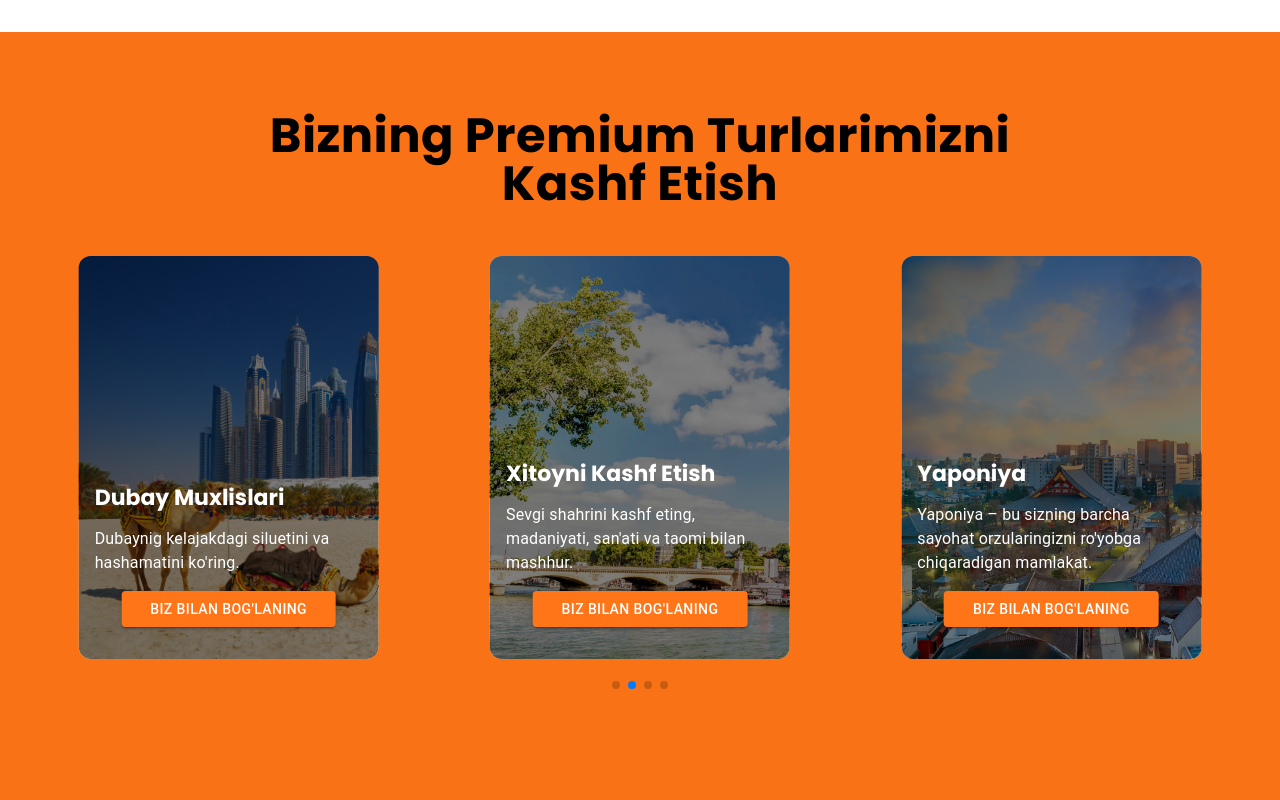
Repository: OgabekErkinov/i-am-tourist
Page: /
An editor plug-in stored every save of this project. The page is shown before and after the next save, followed by the edit.
The browser window is 1280 px wide. The pictures show the whole page.
The project was rebuilt for these pictures with package versions that can differ from the ones it lists, and the page was loaded fresh each time. Also part of the build but not shown: vite.config.js, src/components/navbar/LightDarkButton.jsx, src/I18/i18.js, src/components/navbar/languages/LanguageButton.jsx, src/components/navbar/NavbarItem.jsx, src/components/navbar/SocialNetworks.jsx, src/components/navbar/Logo.jsx, src/components/navbar/SectionsLinks.jsx and 7 more.

Above is the page before, as saved 2024-12-24 15:51:50.

### index.html
<!doctype html>
<html lang="en">
  <head>
    <meta charset="UTF-8" />
    <link rel="icon" type="image/svg+xml" href="https://www.ifly.com.uz/assets/logo-BPA5zOgc.png" />
    <meta name="viewport" content="width=device-width, initial-scale=1.0" />
    <link rel="preconnect" href="https://fonts.googleapis.com">
    <link rel="preconnect" href="https://fonts.gstatic.com" crossorigin>
    <link href="https://fonts.googleapis.com/css2?family=Poppins:ital,wght@0,100;0,200;0,300;0,400;0,500;0,600;0,700;0,800;0,900;1,100;1,200;1,300;1,400;1,500;1,600;1,700;1,800;1,900&display=swap" rel="stylesheet">
    <title>iFLY.com</title>
  </head>
  <body>
    <div id="root"></div>
    <script type="module" src="/src/main.jsx"></script>
  </body>
</html>

### src/index.css
/* Universal Reset */
* {
  margin: 0;
  padding: 0;
  box-sizing: border-box;
}


/* Root Container */
#root {
  max-width: 1900px;
  margin: 0 auto;
  display: flex;
  flex-direction: column;
  align-items: center;
  justify-content: center;
  font-family: 'Poppins';
  box-sizing: border-box;
}

### src/App.jsx
import { Stack } from "@mui/material"
import Header from "./components/header/Header"
import Main from "./components/main/Main"

function App() {


  return (
    <Stack width='100%'
           height='auto'
           alignItems='center'
           gap='1rem'>
        <Header/>
        <Main/>
    </Stack>



  )
}

export default App

### src/components/header/Header.jsx
import { Box, Stack } from '@mui/material';
import Navbar from '../navbar/Navbar';
import Slider from './Slider';
import React from 'react';
import Cards from '../cards/Cards';

const Header = () => {
  return (
    <Stack height="auto"
           width='100%'
           gap="2rem"
           marginBottom='1rem'
           boxSizing="border-box">
             <Stack width="100%"
                    height="auto"
                    alignItems='center'>
                         {/* <Box width="100%"
                              height="10vh"
                              bgcolor="transparent">
                        </Box> */}
                        {/* <Navbar /> */}
                        {/* <Slider /> */}
               </Stack>
               {/* <Cards /> */}
    </Stack>
  );
}

export default Header;

### src/components/main/Main.jsx
import { Stack } from '@mui/material'
import React from 'react'
import PremiumTours from '../premium/PremiumTours'
import TourPlaces from '../tourPlaces/TourPlaces'
import About from '../about/About'

const Main = () => {
  return (
    <Stack width={'100%'}
           height={'auto'}
           alignItems={'center'}
           gap='1rem'>
        <PremiumTours/>
        {/* <TourPlaces/> */}
        {/* <About/> */}

    </Stack>
  )
}

export default Main

### src/components/premium/PremiumTours.jsx
import React from 'react';
import { Stack, Typography, Box } from '@mui/material';
import 'swiper/css';
import 'swiper/css/effect-fade';
import 'swiper/css/pagination';
import 'swiper/css/autoplay';
import { Swiper, SwiperSlide } from 'swiper/react';
import { Navigation, Pagination, Scrollbar, Autoplay } from 'swiper/modules';
import { premiumToursServices } from '../../Database/db';
import PremiumItem from './PremiumItem';

const PremiumTours = () => {

  return (
    <Stack height={'auto'}
           width={'100%'}
           padding={'5rem 2rem'}
           bgcolor={'#F97316'}
           boxSizing={'border-box'} >
          <Stack height={'100%'}
                 width={'100%'}
                 justifyContent={'space-between'}
                 alignItems={'center'}
                 gap={'2rem'}>
              {/* Title */}
                <Typography fontFamily={'Poppins'}
                            width={'70%'}
                            fontSize={'48px'}
                            lineHeight={'48px'}
                            fontWeight={'bold'}
                            textAlign={'center'}
                            height={'auto'}
                            sx={{
                              '@media (max-width: 900px)': {
                               fontSize: '36px',
                               lineHeight: '40px',
                                },
                              '@media (max-width: 600px)': {
                                fontSize: '24px',
                                lineHeight: '28px',
                                },
                               }}>
                               Bizning Premium Turlarimizni Kashf Etish
                 </Typography>
            {/* Slider */}
                 <Box display={'flex'}
                      alignItems={'center'}
                      justifyContent={'center'}
                      height={'30rem'}
                      width={'100%'}
                      padding={'1rem'}>
                      <Swiper
                          modules={[Navigation, Pagination, Scrollbar, Autoplay]}
                          autoplay={{ delay: 2500, disableOnInteraction: false }}
                          navigation
                          pagination={{ clickable: false }}
                          scrollbar={{ draggable: true }}
                          loop={true}
                          style={{
                               width: '100%',
                               height: '100%',
                               display : 'flex',
                               justifyContent : 'center' }}
                          breakpoints={{
                               524: {
                                  slidesPerView: 1,
                                  spaceBetween: 10 },
                               765: {
                                  slidesPerView: 2,
                                  spaceBetween: 20 },
                              1200: {
                                  slidesPerView: 3,
                                  spaceBetween: 50 } }}>
                          {
                           premiumToursServices?.map((tour, idx) => {
                                  return (
                                         <SwiperSlide key={idx}>
                                                 <PremiumItem tour={tour} />
                                           </SwiperSlide>
                                          );  })
                           }
                       </Swiper>
                  </Box>
            </Stack>
    </Stack>
  );
};

export default PremiumTours;

### src/Database/db.js
export const social_medias = [
    {
        id : 1,
        name : 'facebook',
        link : 'https://www.facebook.com',
        pathD : 'M279.14 288l14.22-92.66h-88.91v-60.13c0-25.35 12.42-50.06 52.24-50.06h40.42V6.26S260.43 0 225.36 0c-73.22 0-121.08 44.38-121.08 124.72v70.62H22.89V288h81.39v224h100.17V288z'
    },
    {
        id : 2,
        name : 'twitter',
        url : 'https://www.twitter.com',
        pathD : 'M419.37 151.716c.325 4.548.325 9.097.325 13.645 0 138.72-105.583 298.558-298.558 298.558-59.452 0-114.68-17.219-161.137-47.106 8.447.974 16.568 1.299 25.34 1.299 49.055 0 94.213-16.568 130.274-44.832-46.132-.975-84.792-31.188-98.112-72.772 6.498.974 12.995 1.624 19.818 1.624 9.421 0 18.843-1.3 27.614-3.573-48.081-9.747-84.143-51.98-84.143-102.985v-1.299c13.969 7.797 30.214 12.67 47.431 13.319-28.264-18.843-46.781-51.005-46.781-87.391 0-19.492 5.197-37.36 14.294-52.954 51.655 63.675 129.3 105.258 216.365 109.807-1.624-7.797-2.599-15.918-2.599-24.04 0-57.828 46.782-104.934 104.934-104.934 30.213 0 57.502 12.67 76.67 33.137 23.715-4.548 46.456-13.32 66.599-25.34-7.798 24.366-24.366 44.833-46.132 57.827 21.117-2.273 41.584-8.122 60.426-16.243-14.292 20.791-32.161 39.308-52.628 54.253z'
    },
    {
        id : 3,
        name : 'instagram',
        url : 'https://www.instagram.com/ifly.com.uz',
        pathD : 'M224.1 141c-63.6 0-114.9 51.3-114.9 114.9s51.3 114.9 114.9 114.9S339 319.5 339 255.9 287.7 141 224.1 141zm0 189.6c-41.1 0-74.7-33.5-74.7-74.7s33.5-74.7 74.7-74.7 74.7 33.5 74.7 74.7-33.6 74.7-74.7 74.7zm146.4-194.3c0 14.9-12 26.8-26.8 26.8-14.9 0-26.8-12-26.8-26.8s12-26.8 26.8-26.8 26.8 12 26.8 26.8zm76.1 27.2c-1.7-35.9-9.9-67.7-36.2-93.9-26.2-26.2-58-34.4-93.9-36.2-37-2.1-147.9-2.1-184.9 0-35.8 1.7-67.6 9.9-93.9 36.1s-34.4 58-36.2 93.9c-2.1 37-2.1 147.9 0 184.9 1.7 35.9 9.9 67.7 36.2 93.9s58 34.4 93.9 36.2c37 2.1 147.9 2.1 184.9 0 35.9-1.7 67.7-9.9 93.9-36.2 26.2-26.2 34.4-58 36.2-93.9 2.1-37 2.1-147.8 0-184.8zM398.8 388c-7.8 19.6-22.9 34.7-42.6 42.6-29.5 11.7-99.5 9-132.1 9s-102.7 2.6-132.1-9c-19.6-7.8-34.7-22.9-42.6-42.6-11.7-29.5-9-99.5-9-132.1s-2.6-102.7 9-132.1c7.8-19.6 22.9-34.7 42.6-42.6 29.5-11.7 99.5-9 132.1-9s102.7-2.6 132.1 9c19.6 7.8 34.7 22.9 42.6 42.6 11.7 29.5 9 99.5 9 132.1s2.7 102.7-9 132.1z'
    },
    {
        id : 4,
        name : 'linkedIn',
        url : 'https://www.linkedin.com',
        pathD : 'M100.28 448H7.4V148.9h92.88zM53.79 108.1C24.09 108.1 0 83.5 0 53.8a53.79 53.79 0 0 1 107.58 0c0 29.7-24.1 54.3-53.79 54.3zM447.9 448h-92.68V302.4c0-34.7-.7-79.2-48.29-79.2-48.29 0-55.69 37.7-55.69 76.7V448h-92.78V148.9h89.08v40.8h1.3c12.4-23.5 42.69-48.3 87.88-48.3 94 0 111.28 61.9 111.28 142.3V448z'
    },
    {
        id : 5,
        name : 'youtube',
        url : 'https://www.youtube.com',
        pathD : 'M549.655 124.083c-6.281-23.65-24.787-42.276-48.284-48.597C458.781 64 288 64 288 64S117.22 64 74.629 75.486c-23.497 6.322-42.003 24.947-48.284 48.597-11.412 42.867-11.412 132.305-11.412 132.305s0 89.438 11.412 132.305c6.281 23.65 24.787 41.5 48.284 47.821C117.22 448 288 448 288 448s170.78 0 213.371-11.486c23.497-6.321 42.003-24.171 48.284-47.821 11.412-42.867 11.412-132.305 11.412-132.305s0-89.438-11.412-132.305zm-317.51 213.508V175.185l142.739 81.205-142.739 81.201z'
    }
]

export const navLinks = [
    {
        id : 6,
        name : 'Excursions',
        link : '#excursions'
    },
    {
        id : 7,
        name : 'City',
        link : '#city'
    },
    {
        id : 8,
        name : 'About',
        link : '#about'
    },
    {
        id : 9,
        name : 'Contact',
        link : '#contact'
    }
]

export const SliderItems = [
    {
        url : '/malakali.jpg',
        heading : 'Malakali shahar',
        paragraph : "Dunyoning ko'ngilochar poytaxtiga sho'ng'ing."
    },
    {
        url : '/turkiya.jpg',
        heading : 'Sehrli Turkiya',
        paragraph : "Turkiyaning boy tarixi va ajoyib manzaralarini o'rganing."
    },
    {
        url : '/orol.jpg',
        heading : 'Orol chekinishi',
        paragraph : 'Ajoyib orol landshaftlari orasida tinchlikni his eting.'
    },
    {
        url : '/yaponiya.jpg',
        heading : 'Yaponiya',
        paragraph : "Zamonaviy hayot va qadimiy an'analar mamlakati"
    },
    {
        url : '/dubai.jpg',
        heading : "Dubayni kashf eting",
        paragraph : "Birlashgan Arab Amirliklarida hashamat, innovatsiyalar va sarguzashtlarni kashf eting."

    },
    {
        url : '/xitoyni.jpg',
        heading : 'Xitoyni kashf qiling',
        paragraph : "Xitoy: qadimgi tarix, Buyuk devor, innovatsiyalar, jonli madaniyat."
    },
    {
        url : '/tailand.jpg',
        heading : 'Tropik Tailand',
        paragraph : "Chiroyli plyajlarda dam oling va mazali taomlarni tatib ko'ring."
    }
]

export const addBanners = [
    {
        heading : 'Ajoyib plyaj',
        paragraph : 'Zamonaviy plyajlarni kashf eting va quyosh ostida dam oling.'
    },
    {
        heading : "Tog' sarguzashtlari",
        paragraph : "Qiziqarli tog' sayohatiga chiqing va tabiatni o'rganing."
    },
    {
        heading : 'Shahar sayohatlari',
        paragraph : "Qiziqarli tog' sayohatiga chiqing va tabiatni o'rganing."
    }
]

export const languages = [
    {
        lang : "o'zbek",
        flag : '/uzbekistan.png',
        translator : 'uz'
    },
    {
        lang : 'english',
        flag : '/united-states.png',
        translator : 'en'
    },
    {
        lang : 'русский',
        flag : '/russia.png',
        translator : 'ru'
    }
]

export const premiumToursServices = [
    {
        title : 'Tokio Sarguzashtlari',
        paragraph : "Yaponiya yuragida an'ana va texnologiyaning uyg'unligini his eting.",
        image : '/tokioprem.jpg'
    },
    {
        title : 'Dubay Muxlislari',
        paragraph : "Dubaynig kelajakdagi siluetini va hashamatini ko'ring.",
        image : '/dubaipremium.jpg'
    },
    {
        title : 'Xitoyni Kashf Etish',
        paragraph : "Sevgi shahrini kashf eting, madaniyati, san'ati va taomi bilan mashhur.",
        image : '/xitoyprem.jpg'
    },
    {
        title : 'Yaponiya',
        paragraph : "Yaponiya – bu sizning barcha sayohat orzularingizni ro'yobga chiqaradigan mamlakat.",
        image : '/xitoypremium.jpg'
    }
]

export const tourPlaces = [
    {
        image : '/yaponiya.jpg',
        title : 'Tokio, Yaponiya',
        paragraph : "Tokio Yaponiya poytaxti bo'lib, an'anaviy binolarni zamonaviy osmono'parlar bilan birlashtirish."
    },
    {
        image : '/orol.jpg',
        title : 'Orol joyi',
        paragraph : "Shahar shovqinidan uzoqda, tabiatning ajoyib go'zalligida dam oling."
    },
    {
        image : '/dubai.jpg',
        title : 'Dubay, BAA',
        paragraph : "Dubayning hargi skylinesi va hashamatini guvohi boling."
    },
    {
        image : '/vetnam.jpg',
        title : 'Vetnam sarguzashti',
        paragraph : "Vetnamning go'zalligiga kirib boring, rang- barang guruch teraslari va noyob madaniyat bilan tanishing!"
    },
    {
        image : '/maldiv.jpg',
        title : 'Maldivlar',
        paragraph : "Oq qumli plyajlar va toza suvlar bilan tropik jannatda dam oling. Hashamatli kurortlar va ajoyib suv osti dunyosidan zavq oling!"
    },
    {
        image : '/tailand.jpg',
        title : 'Tropik Tailand',
        paragraph : "Tailand chiroyli orollari, ko'chada oziq-ovqat va boy madaniyat merosi bilan mashhur."
    },
    {
        image : '/turkiya.jpg',
        title : "Mo'jizaviy Turkiya",
        paragraph : "Turkiyaning boy tarixini va go'zal manzaralarini kashf eting."
    }
]

export const services = [
    {
        pathD : 'M480 192H365.71L260.61 8.06A16.014 16.014 0 0 0 246.71 0h-65.5c-10.63 0-18.3 10.17-15.38 20.39L214.86 192H112l-43.2-57.6c-3.02-4.03-7.77-6.4-12.8-6.4H16.01C5.6 128-2.04 137.78.49 147.88L32 256 .49 364.12C-2.04 374.22 5.6 384 16.01 384H56c5.04 0 9.78-2.37 12.8-6.4L112 320h102.86l-49.03 171.6c-2.92 10.22 4.75 20.4 15.38 20.4h65.5c5.74 0 11.04-3.08 13.89-8.06L365.71 320H480c35.35 0 96-28.65 96-64s-60.65-64-96-64z',
        title : 'Xalqaro Sayohat',
        paragraph : "Dunyodagi eng go'zal joylarga sayohatlarni tashkil etamiz.",
        color : 'blue'
    },
    {
        icon : 'M560 64c8.84 0 16-7.16 16-16V16c0-8.84-7.16-16-16-16H16C7.16 0 0 7.16 0 16v32c0 8.84 7.16 16 16 16h15.98v384H16c-8.84 0-16 7.16-16 16v32c0 8.84 7.16 16 16 16h240v-80c0-8.8 7.2-16 16-16h32c8.8 0 16 7.2 16 16v80h240c8.84 0 16-7.16 16-16v-32c0-8.84-7.16-16-16-16h-16V64h16zm-304 44.8c0-6.4 6.4-12.8 12.8-12.8h38.4c6.4 0 12.8 6.4 12.8 12.8v38.4c0 6.4-6.4 12.8-12.8 12.8h-38.4c-6.4 0-12.8-6.4-12.8-12.8v-38.4zm0 96c0-6.4 6.4-12.8 12.8-12.8h38.4c6.4 0 12.8 6.4 12.8 12.8v38.4c0 6.4-6.4 12.8-12.8 12.8h-38.4c-6.4 0-12.8-6.4-12.8-12.8v-38.4zm-128-96c0-6.4 6.4-12.8 12.8-12.8h38.4c6.4 0 12.8 6.4 12.8 12.8v38.4c0 6.4-6.4 12.8-12.8 12.8h-38.4c-6.4 0-12.8-6.4-12.8-12.8v-38.4zM179.2 256h-38.4c-6.4 0-12.8-6.4-12.8-12.8v-38.4c0-6.4 6.4-12.8 12.8-12.8h38.4c6.4 0 12.8 6.4 12.8 12.8v38.4c0 6.4-6.4 12.8-12.8 12.8zM192 384c0-53.02 42.98-96 96-96s96 42.98 96 96H192zm256-140.8c0 6.4-6.4 12.8-12.8 12.8h-38.4c-6.4 0-12.8-6.4-12.8-12.8v-38.4c0-6.4 6.4-12.8 12.8-12.8h38.4c6.4 0 12.8 6.4 12.8 12.8v38.4zm0-96c0 6.4-6.4 12.8-12.8 12.8h-38.4c-6.4 0-12.8-6.4-12.8-12.8v-38.4c0-6.4 6.4-12.8 12.8-12.8h38.4c6.4 0 12.8 6.4 12.8 12.8v38.4z',
        title : 'Qulay Mehmonxonalar',
        paragraph : " Eng yaxshi va eng qulay mehmonxonalar bilan qoling.",
        color : 'green'
    },
    {
        icon : 'M416 320h-96c-17.6 0-32-14.4-32-32s14.4-32 32-32h96s96-107 96-160-43-96-96-96-96 43-96 96c0 25.5 22.2 63.4 45.3 96H320c-52.9 0-96 43.1-96 96s43.1 96 96 96h96c17.6 0 32 14.4 32 32s-14.4 32-32 32H185.5c-16 24.8-33.8 47.7-47.3 64H416c52.9 0 96-43.1 96-96s-43.1-96-96-96zm0-256c17.7 0 32 14.3 32 32s-14.3 32-32 32-32-14.3-32-32 14.3-32 32-32zM96 256c-53 0-96 43-96 96s96 160 96 160 96-107 96-160-43-96-96-96zm0 128c-17.7 0-32-14.3-32-32s14.3-32 32-32 32 14.3 32 32-14.3 32-32 32z',
        title : "Maxsus yo'nalishlar",
        paragraph : "Har bir mijoz uchun individual yo'nalishlarni yaratamiz.",
        color : 'orange'
    },
    {
        icon : 'M192 256c61.9 0 112-50.1 112-112S253.9 32 192 32 80 82.1 80 144s50.1 112 112 112zm76.8 32h-8.3c-20.8 10-43.9 16-68.5 16s-47.6-6-68.5-16h-8.3C51.6 288 0 339.6 0 403.2V432c0 26.5 21.5 48 48 48h288c26.5 0 48-21.5 48-48v-28.8c0-63.6-51.6-115.2-115.2-115.2zM480 256c53 0 96-43 96-96s-43-96-96-96-96 43-96 96 43 96 96 96zm48 32h-3.8c-13.9 4.8-28.6 8-44.2 8s-30.3-3.2-44.2-8H432c-20.4 0-39.2 5.9-55.7 15.4 24.4 26.3 39.7 61.2 39.7 99.8v38.4c0 2.2-.5 4.3-.6 6.4H592c26.5 0 48-21.5 48-48 0-61.9-50.1-112-112-112z',
        title : "Malakali yo'riqchilar",
        paragraph : " Har bir mijoz uchun individual yo'nalishlarni yaratamiz.",
        color : 'violet'
    }

]

### src/components/premium/PremiumItem.jsx
import { Box, Button, Stack, Typography } from '@mui/material';
import React from 'react';

const PremiumItem = ({ tour }) => {
  return (
    <Box height="90%"
         display="flex"
         justifyContent="center"
         alignItems="center"
         borderRadius="12px"
         overflow="hidden"
         position="relative"
         sx={{
             transition : '0.3s',
             backgroundImage: `url(${tour?.image})`,
             backgroundSize: 'cover',
             '@media(min-width : 300px)' : {
                         width : '300px',
                         marginX : 'auto'  },
             '@media(min-width : 524px)' : {
                         width : '300px' },
              '&:hover' : {
                transform : 'scale(1.1)',
                transition : '0.3s',
              } }} >
         <Stack height="100%"
                width="100%"
                padding="2rem 0"
                boxSizing="border-box"
                borderRadius="12px"
        alignItems="center"
        bgcolor="rgba(0, 0, 0, 0.5)"
        position="absolute"
        zIndex={1}
        sx={{
          '@media(min-width : 300px)' : {
            justifyContent : 'center',
            alignItems : 'center',
            paddingX : '1rem',
            gap : '1rem'
          },
          '@media(min-width : 524px)' : {
            justifyContent : 'flex-end',
            alignItems : 'start'
          }
        }}
        >
        <Typography
          variant="h3"
          sx={{
            fontWeight: 'bold',
            fontFamily: 'Poppins',
            color: 'white',
            textAlign: 'start',
            paddingRight: '10px',
            margin: 0,
            width: 'auto',

            '@media (min-width: 300px)': {
              fontSize: '18px',
            },

            '@media (min-width : 524px)' : {
              fontSize : '22px'
            }
          }}
        >
          {tour.title}
        </Typography>
        <Typography
          width="auto"
          sx={{
            color: 'white',
            textAlign: 'start',

            '@media (min-width: 300px)': {
              fontSize: '12px',
              height : 'auto',
              textAlign : 'center'
            },
            '@media (min-width : 524px)' : {
              fontSize : '16px',
              textAlign : 'start'
            }
          }}>
          {tour.paragraph}
        </Typography>
        <Button
          variant="contained"
          sx={{
            color: 'white',
            backgroundColor: '#FF7518',
            width : '80%',
            margin : '0 auto'
          }}>
          Biz bilan bog'laning
        </Button>
      </Stack>
    </Box>
  );
};

export default PremiumItem;

Loaded but not shown: src/main.jsx (common file)

After the next save:
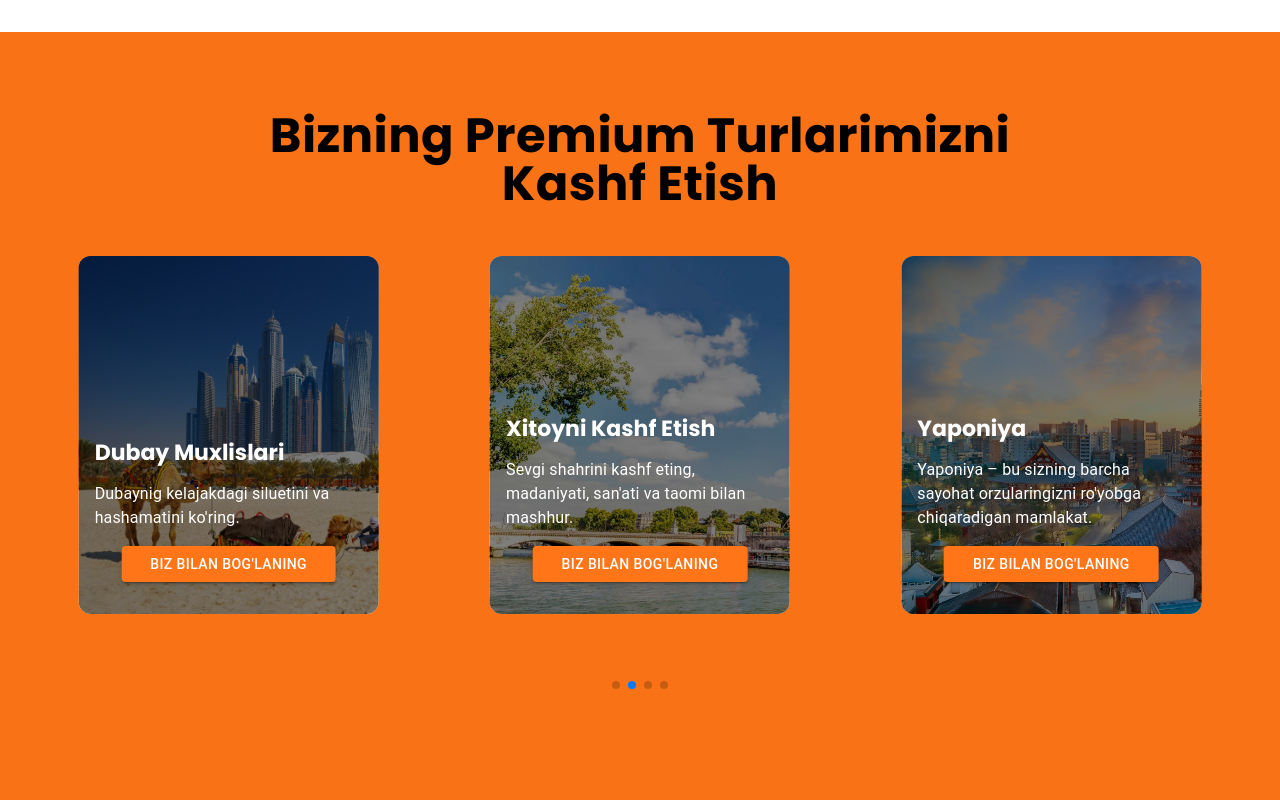
Saved 6 s later.
--- a/src/components/premium/PremiumItem.jsx
+++ b/src/components/premium/PremiumItem.jsx
@@ -3,7 +3,7 @@ import React from 'react';
 
 const PremiumItem = ({ tour }) => {
   return (
-    <Box height="90%"
+    <Box height="80%"
          display="flex"
          justifyContent="center"
          alignItems="center"
